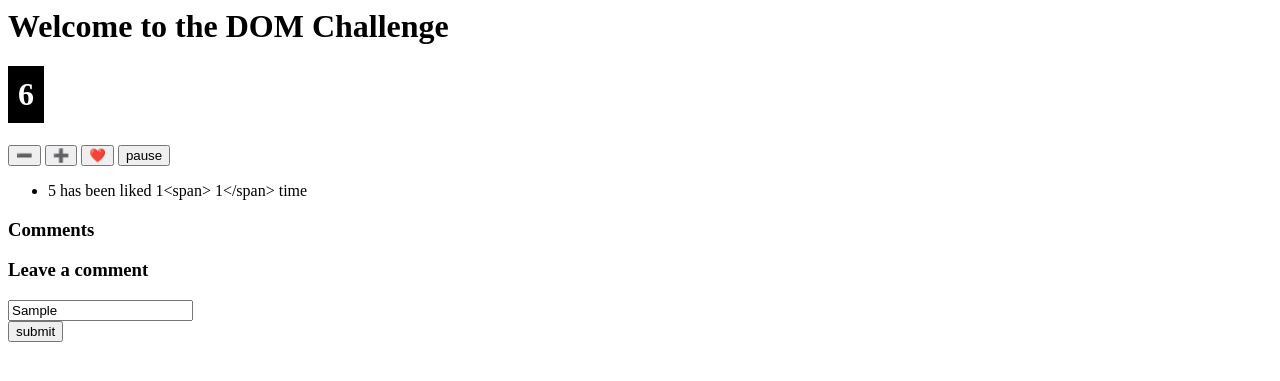
Repository: learn-co-students/jsdom-dom-challenge-onl01-seng-pt-012120
Page: index.html
These files come from the project's save history. The page is drawn as it stood at one moment and after the next save; the edit follows.
The browser window is 1280 px wide. The pictures show the whole page.
Empty fields were first filled with sample values (such as "Sample", 5 or name@example.com).
After loading, the first visible `#heart` was clicked once.

Above is the page before, as saved 2020-08-03 09:37:23.

### index.html
<html>
<head>
  <meta charset="UTF-8">
  <title>Dom Challenge</title>
  <style>
    #counter {
      background-color: black;
      color: white;
      display: table;
      padding: 10px;
    }
  </style>
</head>
<body>
  <h1>
    Welcome to the DOM Challenge
  </h1>
  <h1 id='counter'>
    0
  </h1>
  <button id='minus' > ➖ </button>
  <button id='plus' > ➕ </button>
  <button id='heart' > ❤️ </button>
  <button id='pause' > pause </button>

  <ul class='likes'></ul>

  <div>
    <h3>Comments</h3>
    <div id='list' class='comments'></div>

    <h3>Leave a comment</h3>

    <form id="comment-form" action="">
      <input type='text' name="comment" id="comment-input" cols="30" rows="10">
      </br>
      <button id='submit'>submit</button>
    </form>

  </div>

  <!-- <script src="js/index.min.js"></script> -->
  <script src="js/challenge.js"></script>
</body>
</html>

### js/challenge.js
document.addEventListener('DOMContentLoaded', () =>{

    //h1 element of the page that needs to change every second
    const c = document.getElementById("counter");

    //timer function
    const timer = () => {
        return setInterval(function () {
            let num = parseInt(c.innerHTML);
            num++
            c.innerHTML = num
        }, 1000)
    };
    //function for timer ** did not work had to put the function actually in the call for seInterval
    let counterIncrease = () => {
        let num = parseInt(c.innerHTML);
        num++
        c.innerHTML = num
    };
    // to interact with the timer and start the timer
    const interval = timer();
    // timer has started running this is for toggling the pause button currently the timer is 'running'
    // allow for a true~false question to determine what to do with the timer if run pause other wise run
    const timing = true;


    // plus button
    const plus = document.getElementById("plus");
    // plus event listener kept code from timer works here
    plus.addEventListener('click', counterIncrease);


    // minus button
    const minus = document.getElementById("minus");
    //event listener for the minus button
    minus.addEventListener('click', (e)=>{
        let num = parseInt(c.innerHTML);
        if (num>0) {
            num--
        }
        c.innerHTML = num
    });


    // heart button
    const heart = document.getElementById("heart");
    // list element for listing likes
    const likesList = document.querySelector('.likes')
    // need to check the list to see if there is a ??? to determine if the # has already been liked
    //if already liked then take the number of likes and increase it by one
    //else create a new element in the array of likes

    heart.addEventListener('click', (e)=>{
        let likedNum = parseInt(c.innerHTML);
        if(ll = document.getElementById(likedNum)){
            debugger;
            let currentLikeCount = parseInt(ll.getElementsByTagName('span').innerHTML) + 1
            ll.querySelector("span").innerHTML = "${currentLikeCount}";
            ll.innerHTML += "s";
        } else {
            let ll = document.createElement('li');
            let s = document.createElement('span');
            s.innerHTML = "1";
            ll.id = likedNum;
            ll.innerText = likedNum + ' has been liked ';
            ll.appendChild(s);
            ll.innerText += '<span> 1</span> time';
            likesList.appendChild(ll);
        }
    });


    // pause button
    const pause = document.getElementById("pause");
   // if timer is on then need to change it to off stop the timer element from running and change the web page elements to not be working
   //else if timer is not running need to mark as running restart the timer and unblock elements of the webpage

    // comment form
    const cf = document.getElementById("comment-form")
    // comment field that contains the text of the comment
    const comment = document.getElementById("comment-input")
    // comment list element
    const comList = document.getElementsByClassName('comments')
    // on submit need to
    // ignore submit button default action
    // add comment to the comment list
    // clear comment form


});

After the next save:
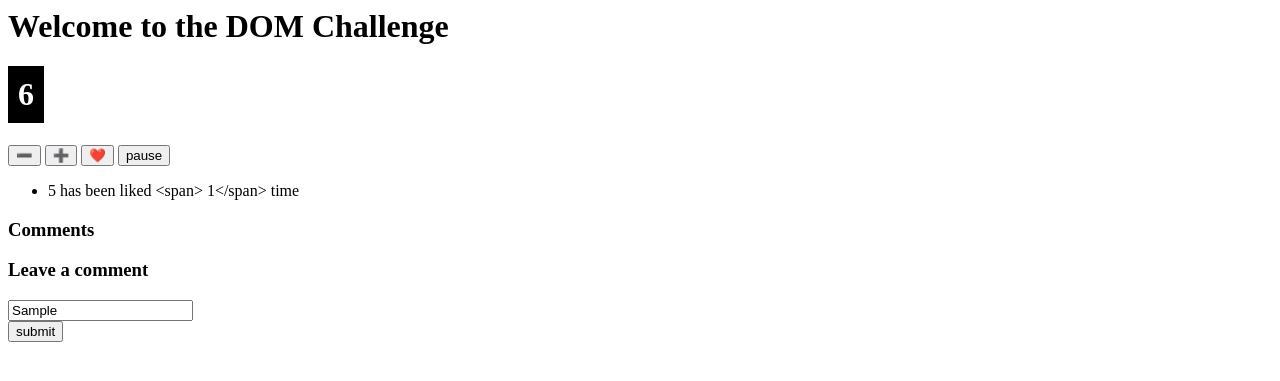
Saved 47 s later.
--- a/js/challenge.js
+++ b/js/challenge.js
@@ -59,11 +59,11 @@ document.addEventListener('DOMContentLoaded', () =>{
             ll.innerHTML += "s";
         } else {
             let ll = document.createElement('li');
-            let s = document.createElement('span');
-            s.innerHTML = "1";
+            // let s = document.createElement('span');
+            // s.innerHTML = "1";
             ll.id = likedNum;
             ll.innerText = likedNum + ' has been liked ';
-            ll.appendChild(s);
+            // ll.appendChild(s);
             ll.innerText += '<span> 1</span> time';
             likesList.appendChild(ll);
         }
